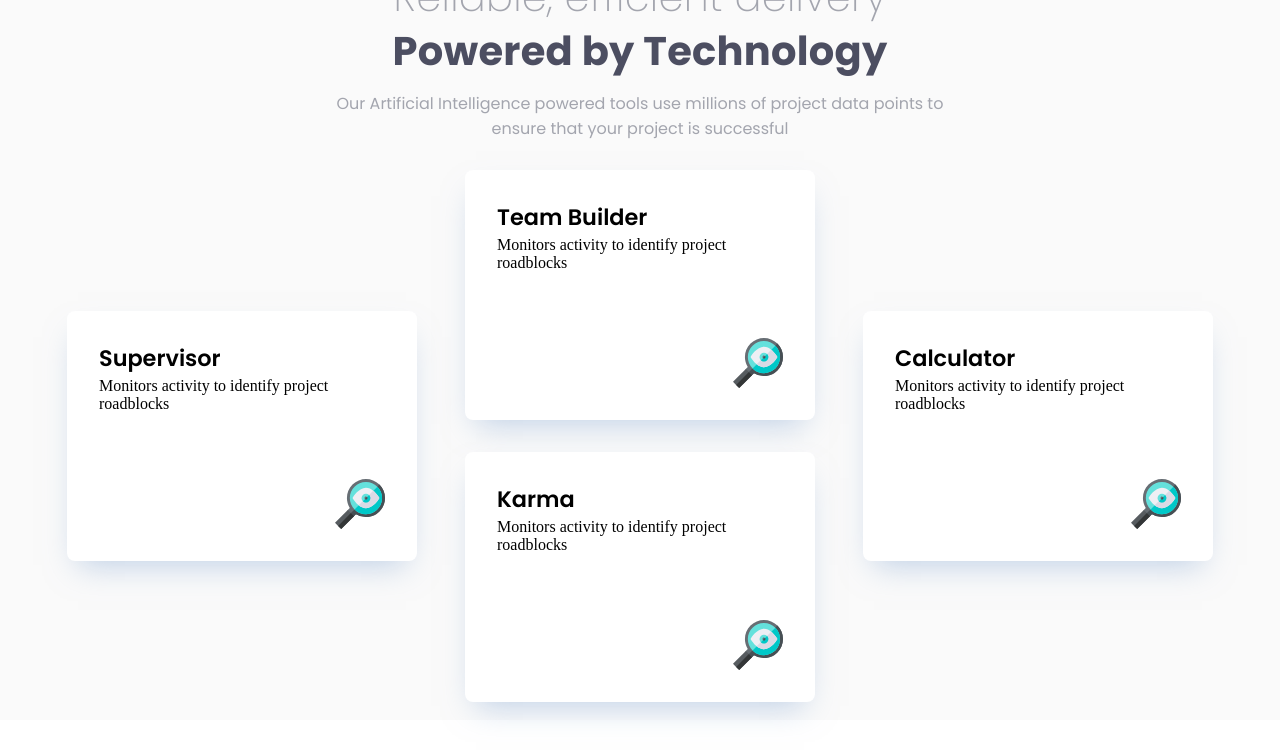
Repository: brandontaylor1/four-card-feature
Page: index.html
These files come from the project's save history. The page is drawn as it stood at one moment and after the next save; the edit follows.
The browser window is 1280 px wide. The pictures show the whole page.

Above is the page before, as saved 2025-01-10 18:27:22.

### index.html
<!DOCTYPE html>
<html lang="en">
<head>
    <meta charset="UTF-8">
    <meta name="viewport" content="width=device-width, initial-scale=1.0">
    <link rel="preconnect" href="https://fonts.googleapis.com">
    <link rel="preconnect" href="https://fonts.gstatic.com" crossorigin>
    <link href="https://fonts.googleapis.com/css2?family=Poppins:ital,wght@0,100;0,200;0,300;0,400;0,500;0,600;0,700;0,800;0,900;1,100;1,200;1,300;1,400;1,500;1,600;1,700;1,800;1,900&display=swap" rel="stylesheet">
    <link rel="stylesheet" href="styles.css">
    <title>Four Card Feature</title>
</head>
<body>
    <main class="container">
        <section class="page-content">
            <h1>Reliable, efficient delivery</h1>
            <h2>Powered by Technology</h2>
            <p>Our Artificial Intelligence powered tools use millions of project data points to ensure that your project is successful</p>
        </section>
        <section class="column-container">
            <div class="card-column">
                <div class="card">
                    <h3>Supervisor</h3>
                    <p>Monitors activity to identify project roadblocks</p>
                    <img src="./assets/images/icon-supervisor.svg" alt="Supervisor Icon">
                </div>
            </div>

            <div class="card-column">
                <div class="card">
                    <h3>Team Builder</h3>
                    <p>Monitors activity to identify project roadblocks</p>
                    <img src="./assets/images/icon-supervisor.svg" alt="Supervisor Icon">
                </div>
                <div class="card">
                    <h3>Karma</h3>
                    <p>Monitors activity to identify project roadblocks</p>
                    <img src="./assets/images/icon-supervisor.svg" alt="Supervisor Icon">
                </div>
            </div>

            <div class="card-column">
                <div class="card">
                    <h3>Calculator</h3>
                    <p>Monitors activity to identify project roadblocks</p>
                    <img src="./assets/images/icon-supervisor.svg" alt="Supervisor Icon">
                </div>
            </div>
        </section>
    </main>

</body>
</html>

### styles.css
* {
    margin: 0;
    padding: 0;
    box-sizing: border-box;
}

:root {
    --primary-red: hsl(0, 78%, 62%);
    --primary-cyan: hsl(180, 62%, 55%);
    --primary-orange: hsl(34, 97%, 64%);
    --primary-blue: hsl(212, 86%, 64%);

    --secondary-dark-blue: hsl(234, 12%, 34%);
    --secondary-grayish-blue: hsl(229, 6%, 66%);
    --secondary-light-gray: hsl(0, 0%, 98%);
}

.container {
    height: 100vh;
    display: flex;
    align-items: center;
    justify-content: center;
    flex-direction: column;
    background-color: #FAFAFA;
}

.page-content {
    display: flex;
    flex-direction: column;
    align-items: center;
    justify-content: space-between;
    height: 150px;
    width: 650px;
    margin-bottom: 50px;
}

.page-content h1 {
    font-size: 2.5rem;
    font-family: "Poppins", sans-serif;
    font-weight: 200;
    line-height: 54px;
    letter-spacing: .25px;
    color: var(--secondary-grayish-blue);
}

.page-content h2 {
    font-size: 2.5rem;
    font-family: "Poppins", sans-serif;
    font-weight: 700;
    line-height: 54px;
    letter-spacing: .25px;
    color: var(--secondary-dark-blue);
    margin-bottom: 13px;
}

.page-content p {
    font-size: 1rem;
    font-family: "Poppins", sans-serif;
    font-weight: 400;
    line-height: 25px;
    text-align: center;
    color: var(--secondary-grayish-blue);

}

.column-container {
    display: grid;
    justify-content: center;
    align-items: center;
    grid-template-columns: repeat(3, 1fr);
    grid-template-rows: repeat(2, auto);
    gap: 3rem;
}

.card:nth-child(2) {
    margin-top: 2rem;
}

.card {
    width: 350px;
    height: 250px;
    border-radius: 0.5rem;
    padding: 2rem;
    position: relative;
    background: #FFF;
    box-shadow: 0px 15px 30px -11px rgba(131, 166, 210, 0.50);
}

.card h3 {
    font-size: 1.4rem;
    font-family: "Poppins", sans-serif;
    font-weight: 600;
    line-height: 30px;
    margin-bottom: 4px;
}

.card img {
    width: 50px;
    height: 50px;
    position: absolute;
    bottom: 2rem;
    right: 2rem;
}

After the next save:
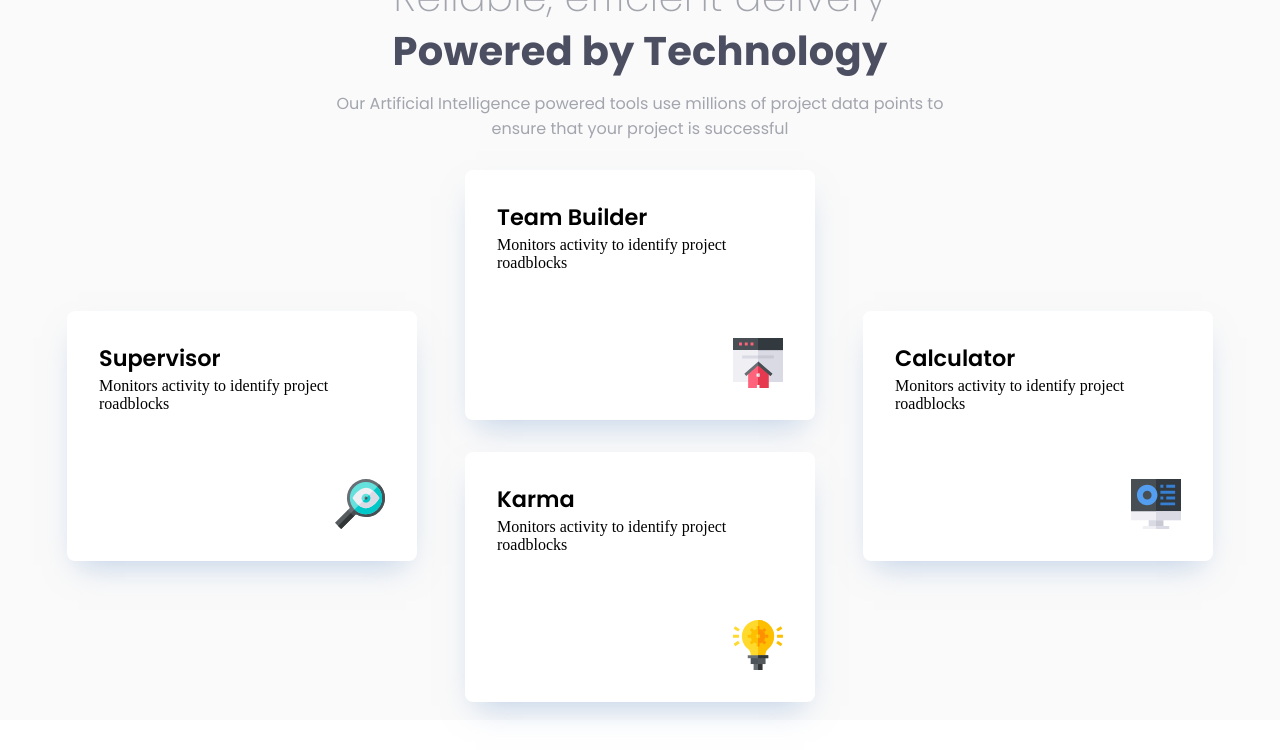
Saved 22 min 43 s later.
--- a/index.html
+++ b/index.html
@@ -29,12 +29,12 @@
                 <div class="card">
                     <h3>Team Builder</h3>
                     <p>Monitors activity to identify project roadblocks</p>
-                    <img src="./assets/images/icon-supervisor.svg" alt="Supervisor Icon">
+                    <img src="./assets/images/icon-team-builder.svg" alt="Supervisor Icon">
                 </div>
                 <div class="card">
                     <h3>Karma</h3>
                     <p>Monitors activity to identify project roadblocks</p>
-                    <img src="./assets/images/icon-supervisor.svg" alt="Supervisor Icon">
+                    <img src="./assets/images/icon-karma.svg" alt="Supervisor Icon">
                 </div>
             </div>
 
@@ -42,7 +42,7 @@
                 <div class="card">
                     <h3>Calculator</h3>
                     <p>Monitors activity to identify project roadblocks</p>
-                    <img src="./assets/images/icon-supervisor.svg" alt="Supervisor Icon">
+                    <img src="./assets/images/icon-calculator.svg" alt="Supervisor Icon">
                 </div>
             </div>
         </section>
